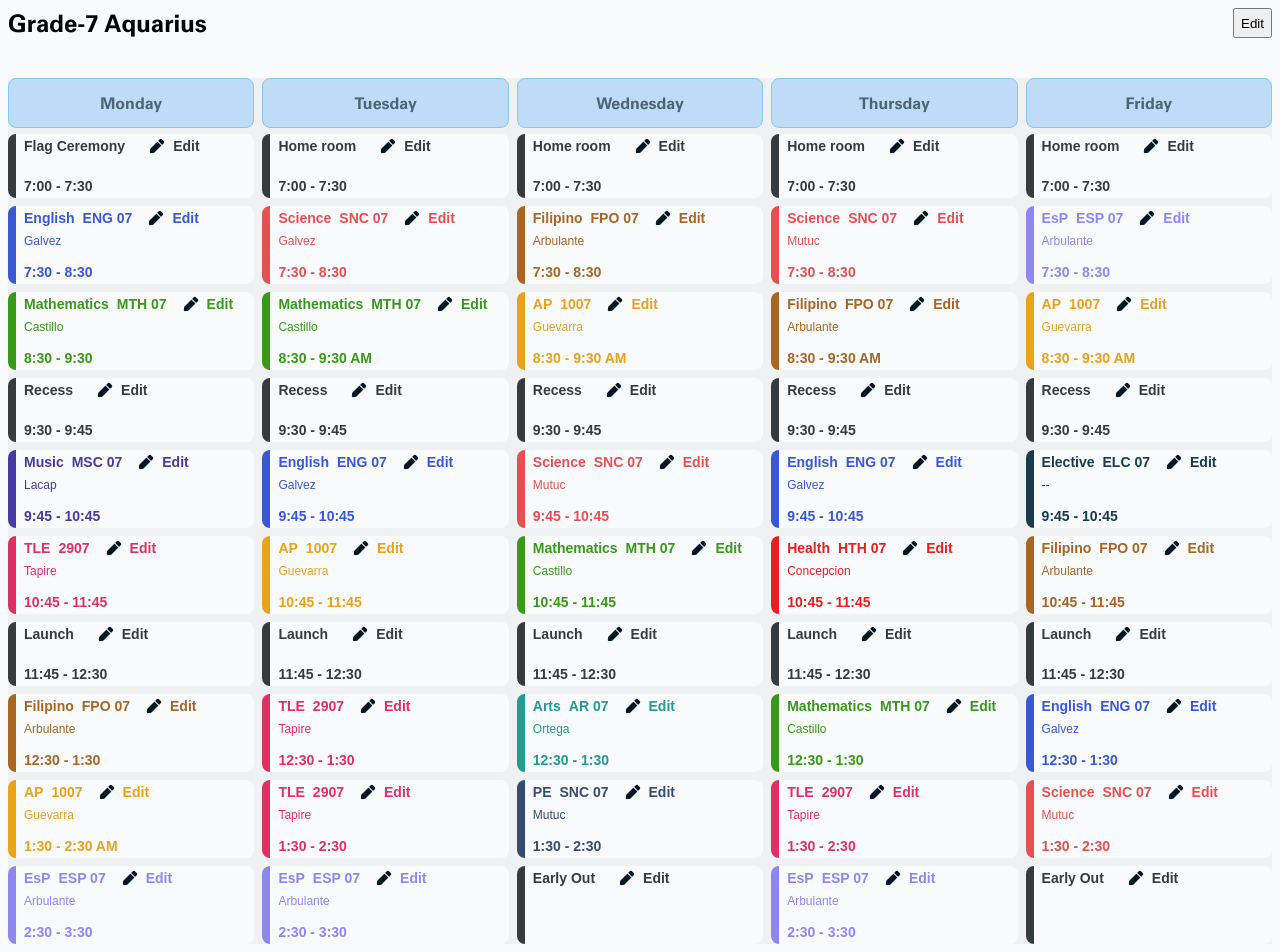
Repository: kentdrlo/prototype
Page: timetable.html
An editor plug-in stored every save of this project. The page is shown before and after the next save, followed by the edit.
The browser window is 1280 px wide. The pictures show the whole page.
An inner scrolling area shows only its first screen.

Above is the page before, as saved 2025-05-29 09:32:24.

### timetable.html
<link rel="stylesheet" href="schedule.css" />
<div class="container">
  <div class="row">
    <div class="col">
      <div class="top-settings">
        <div class="top-settings-wrapper">
          <div class="schedule-name">Grade-7 Aquarius</div>
          <button type="button" class="btn btn-secondary">Edit</button>
        </div>
      </div>
    </div>
    <div class="table-container row">
      <div class="grid-wrapper">
        <div class="day-box" id="dayBox"></div>
        <div class="table-box" id="topBox">

        </div>
      </div>
    </div>
  </div>
</div>

<script src="schedule.js"></script>

### schedule.css
@font-face {
  font-family: "Univers";
  src: url("folder/Univers-Bold.woff2") format("woff2"),
    url("folder/Univers-Bold.woff") format("woff");
  font-weight: bold;
  font-style: normal;
  font-display: swap;
}

@font-face {
  font-family: "Univers";
  src: url("folder/Univers.woff2") format("woff2"),
    url("folder/Univers.woff") format("woff");
  font-weight: normal;
  font-style: normal;
  font-display: swap;
}

.work-sans-body {
  font-family: "Work Sans", sans-serif;
  font-optical-sizing: auto;
  font-weight: normal;
  font-style: normal;
}

:root {
  --ff-header: "Univers", sans-serif;
  --ff-body: "Work Sans", sans-serif;
}

html,
body {
  overflow-x: hidden;
  background-color: #f8fafc;
}

.top-settings {
  margin-bottom: 40px;
}

.top-settings-wrapper{
  display: flex;
  flex-direction: row;
  justify-content: space-between;
}

.schedule-name {
  font-family: var(--ff-header);
  font-size: 24px;
  font-weight: bold;
}

.grid-wrapper {
  display: grid;
  grid-template-rows: auto 1fr;
  row-gap: 16px;
  background-color: #eff1f3;
}

.day-box,
.table-box {
  display: grid;
  grid-template-columns: repeat(5, 1fr);
  column-gap: 8px;
}

.day-box {
  height: 40px;
}

.card-day {
  height: 100%;
  font-family: var(--ff-body);
  display: flex;
  justify-content: center;
  align-items: center;
  background-color: #8ac6fa7c;
  color: #4c6476;
  font-family: var(--ff-header);
  font-weight: bold;
  font-size: 16px;
  padding: 4px 8px 4px 8px;
  border-radius: 8px;
  border: 1px solid #8ac6fa;
}

.table-box {
  grid-auto-rows: auto;
  row-gap: 8px;
}

.card {
  width: auto;
  height: auto;
  font-family: var(--ff-body);
  display: flex;
  flex-direction: column;
  gap: 16px;
  padding: 4px 8px 4px 8px;
  background-color: #f8fafc;
  border-radius: 8px;
}

.subject-main-wrapper{
  display: flex;
  flex-direction: row;
  justify-content: space-between;
}

.subject-detail-wrapper {
  display: flex;
  flex-direction: row;
  gap: 8px;
  font-weight: bold;
  font-size: 14px;
}

.subject-teacher-wrapper {
  display: flex;
  flex-direction: column;
  gap: 8px;
}

.subject-name,
.time {
  font-weight: bold;
  font-size: 14px;
}

.teacher-name {
  font-family: var(--ff-body);
  font-size: 12px;
}

### schedule.js
const dates = [
  { day: "Monday" },
  { day: "Tuesday" },
  { day: "Wednesday" },
  { day: "Thursday" },
  { day: "Friday" },
];

const details = [
  {
    subject: "Flag Ceremony",
    code: "",
    name: "",
    time: "7:00 - 7:30",
    color: "363B40",
  },
  {
    subject: "Home room",
    code: "",
    name: "",
    time: "7:00 - 7:30",
    color: "363B40",
  },
  {
    subject: "Home room",
    code: "",
    name: "",
    time: "7:00 - 7:30",
    color: "363B40",
  },
  {
    subject: "Home room",
    code: "",
    name: "",
    time: "7:00 - 7:30",
    color: "363B40",
  },
  {
    subject: "Home room",
    code: "",
    name: "",
    time: "7:00 - 7:30",
    color: "363B40",
  },
  {
    subject: "English",
    code: "ENG 07",
    name: "Galvez",
    time: "7:30 - 8:30",
    color: "3a59d1",
  },
  {
    subject: "Science",
    code: "SNC 07",
    name: "Galvez",
    time: "7:30 - 8:30",
    color: "E55050",
  },
  {
    subject: "Filipino",
    code: "FPO 07",
    name: "Arbulante",
    time: "7:30 - 8:30",
    color: "A86523",
  },

  {
    subject: "Science",
    code: "SNC 07",
    name: "Mutuc",
    time: "7:30 - 8:30",
    color: "E55050",
  },
  {
    subject: "EsP",
    code: "ESP 07",
    name: "Arbulante",
    time: "7:30 - 8:30",
    color: "8F87F1",
  },
  {
    subject: "Mathematics",
    code: "MTH 07",
    name: "Castillo",
    time: "8:30 - 9:30",
    color: "399918",
  },
  {
    subject: "Mathematics",
    code: "MTH 07",
    name: "Castillo",
    time: "8:30 - 9:30 AM",
    color: "399918",
  },

  {
    subject: "AP",
    code: "1007",
    name: "Guevarra",
    time: "8:30 - 9:30 AM",
    color: "E9A319",
  },
  {
    subject: "Filipino",
    code: "FPO 07",
    name: "Arbulante",
    time: "8:30 - 9:30 AM",
    color: "A86523",
  },
  {
    subject: "AP",
    code: "1007",
    name: "Guevarra",
    time: "8:30 - 9:30 AM",
    color: "E9A319",
  },
  {
    subject: "Recess",
    code: "",
    name: "",
    time: "9:30 - 9:45",
    color: "363B40",
  },
  {
    subject: "Recess",
    code: "",
    name: "",
    time: "9:30 - 9:45",
    color: "363B40",
  },
  {
    subject: "Recess",
    code: "",
    name: "",
    time: "9:30 - 9:45",
    color: "363B40",
  },
  {
    subject: "Recess",
    code: "",
    name: "",
    time: "9:30 - 9:45",
    color: "363B40",
  },
  {
    subject: "Recess",
    code: "",
    name: "",
    time: "9:30 - 9:45",
    color: "363B40",
  },
  {
    subject: "Music",
    code: "MSC 07",
    name: "Lacap",
    time: "9:45 - 10:45",
    color: "483AA0",
  },
  {
    subject: "English",
    code: "ENG 07",
    name: "Galvez",
    time: "9:45 - 10:45",
    color: "3a59d1",
  },

  {
    subject: "Science",
    code: "SNC 07",
    name: "Mutuc",
    time: "9:45 - 10:45",
    color: "E55050",
  },
  {
    subject: "English",
    code: "ENG 07",
    name: "Galvez",
    time: "9:45 - 10:45",
    color: "3a59d1",
  },
  {
    subject: "Elective",
    code: "ELC 07",
    name: "--",
    time: "9:45 - 10:45",
    color: "183B4E",
  },
  {
    subject: "TLE",
    code: "2907",
    name: "Tapire",
    time: "10:45 - 11:45",
    color: "DE3163",
  },
  {
    subject: "AP",
    code: "1007",
    name: "Guevarra",
    time: "10:45 - 11:45",
    color: "E9A319",
  },

  {
    subject: "Mathematics",
    code: "MTH 07",
    name: "Castillo",
    time: "10:45 - 11:45",
    color: "399918",
  },
  {
    subject: "Health",
    code: "HTH 07",
    name: "Concepcion",
    time: "10:45 - 11:45",
    color: "E52020",
  },
  {
    subject: "Filipino",
    code: "FPO 07",
    name: "Arbulante",
    time: "10:45 - 11:45",
    color: "A86523",
  },
  {
    subject: "Launch",
    code: "",
    name: "",
    time: "11:45 - 12:30",
    color: "363B40",
  },
  {
    subject: "Launch",
    code: "",
    name: "",
    time: "11:45 - 12:30",
    color: "363B40",
  },
  {
    subject: "Launch",
    code: "",
    name: "",
    time: "11:45 - 12:30",
    color: "363B40",
  },
  {
    subject: "Launch",
    code: "",
    name: "",
    time: "11:45 - 12:30",
    color: "363B40",
  },
  {
    subject: "Launch",
    code: "",
    name: "",
    time: "11:45 - 12:30",
    color: "363B40",
  },
  {
    subject: "Filipino",
    code: "FPO 07",
    name: "Arbulante",
    time: "12:30 - 1:30",
    color: "A86523",
  },
  {
    subject: "TLE",
    code: "2907",
    name: "Tapire",
    time: "12:30 - 1:30",
    color: "DE3163",
  },
  {
    subject: "Arts",
    code: "AR 07",
    name: "Ortega",
    time: "12:30 - 1:30",
    color: "219C90",
  },
  {
    subject: "Mathematics",
    code: "MTH 07",
    name: "Castillo",
    time: "12:30 - 1:30",
    color: "399918",
  },
  {
    subject: "English",
    code: "ENG 07",
    name: "Galvez",
    time: "12:30 - 1:30",
    color: "3a59d1",
  },
  {
    subject: "AP",
    code: "1007",
    name: "Guevarra",
    time: "1:30 - 2:30 AM",
    color: "E9A319",
  },
  {
    subject: "TLE",
    code: "2907",
    name: "Tapire",
    time: "1:30 - 2:30",
    color: "DE3163",
  },

  {
    subject: "PE",
    code: "SNC 07",
    name: "Mutuc",
    time: "1:30 - 2:30",
    color: "384B70",
  },
  {
    subject: "TLE",
    code: "2907",
    name: "Tapire",
    time: "1:30 - 2:30",
    color: "DE3163",
  },
  {
    subject: "Science",
    code: "SNC 07",
    name: "Mutuc",
    time: "1:30 - 2:30",
    color: "E55050",
  },
  {
    subject: "EsP",
    code: "ESP 07",
    name: "Arbulante",
    time: "2:30 - 3:30",
    color: "8F87F1",
  },
  {
    subject: "EsP",
    code: "ESP 07",
    name: "Arbulante",
    time: "2:30 - 3:30",
    color: "8F87F1",
  },

  {
    subject: "Early Out",
    code: " ",
    name: " ",
    time: "",
    color: "363B40",
  },
  {
    subject: "EsP",
    code: "ESP 07",
    name: "Arbulante",
    time: "2:30 - 3:30",
    color: "8F87F1",
  },
  {
    subject: "Early Out",
    code: " ",
    name: " ",
    time: "",
    color: "363B40",
  },
];

function appendDays() {
  const dayBox = document.getElementById("dayBox");

  dates.forEach((date) => {
    dayBox.innerHTML += ` <div class="card-day">` + date.day + `</div>`;
  });
}

function appendDetails() {
  const topBox = document.getElementById("topBox");

  details.forEach((detail) => {
    topBox.innerHTML +=
      ` <div
            class="card"
            style="
              border-left: 8px solid #` +
      detail.color +
      `;
              color: #` +
      detail.color +
      `;
            "
          >
            <div class="subject-teacher-wrapper">
              <div class="subject-main-wrapper">
                <div class="subject-detail-wrapper">
                  <div class="subject-name">` +
      detail.subject +
      `</div>
                  <div class="subject-code">` +
      detail.code +
      `</div>
                  <div class="edit"></div>
                  <img src="src/assets/icons/edit.svg" />Edit
                </div>
              </div>
              <div class="teacher-name">` +
      detail.name +
      `</div>
            </div>
            <div class="time">` +
      detail.time +
      `</div>
          </div>`;
  });
}

appendDays();
appendDetails();

After the next save:
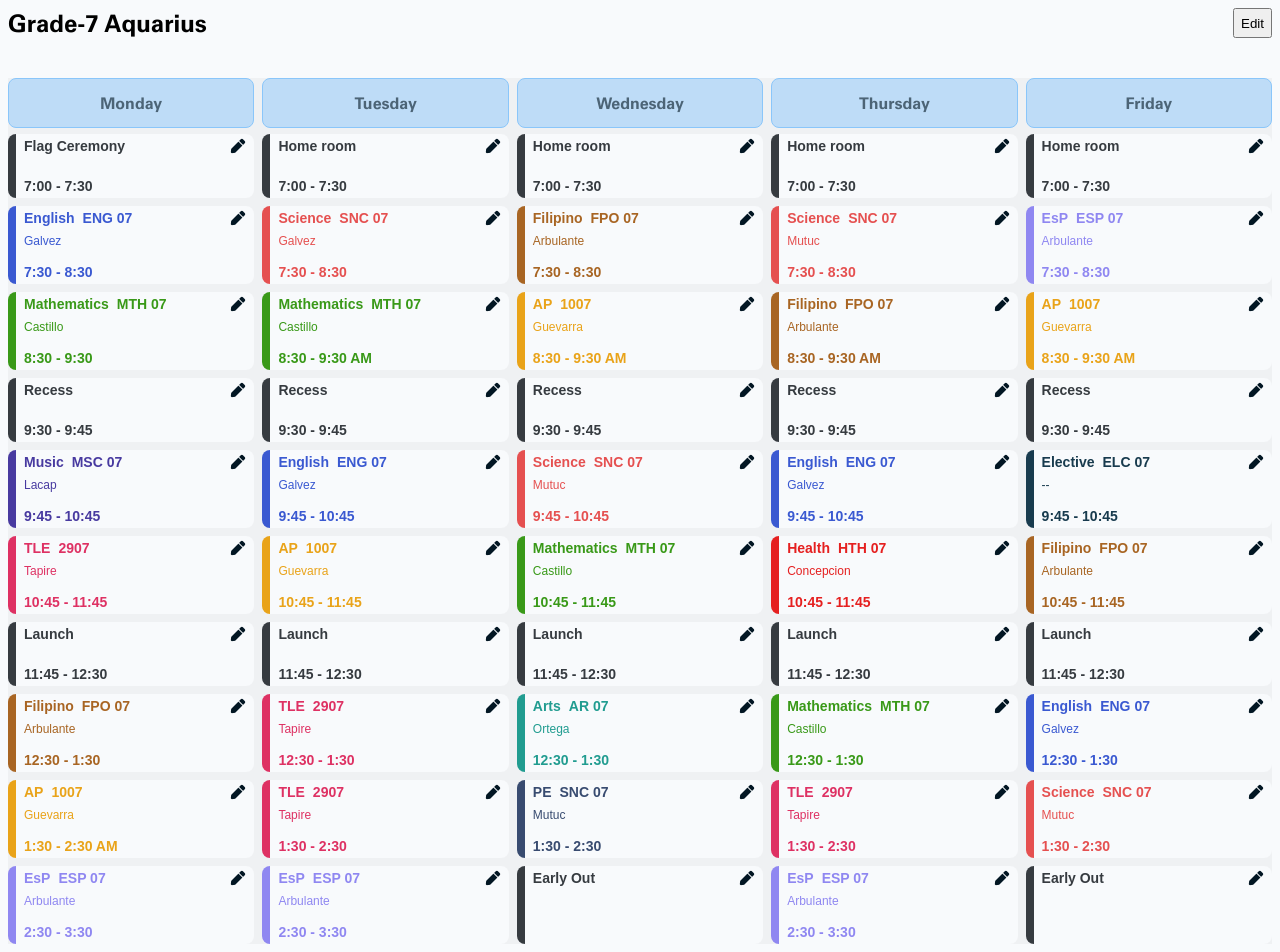
Saved 1 s later.
--- a/schedule.js
+++ b/schedule.js
@@ -398,8 +398,9 @@ function appendDetails() {
                   <div class="subject-code">` +
       detail.code +
       `</div>
-                  <div class="edit"></div>
-                  <img src="src/assets/icons/edit.svg" />Edit
+                </div>
+                <div class="edit">
+                  <img src="src/assets/icons/edit.svg" />
                 </div>
               </div>
               <div class="teacher-name">` +
